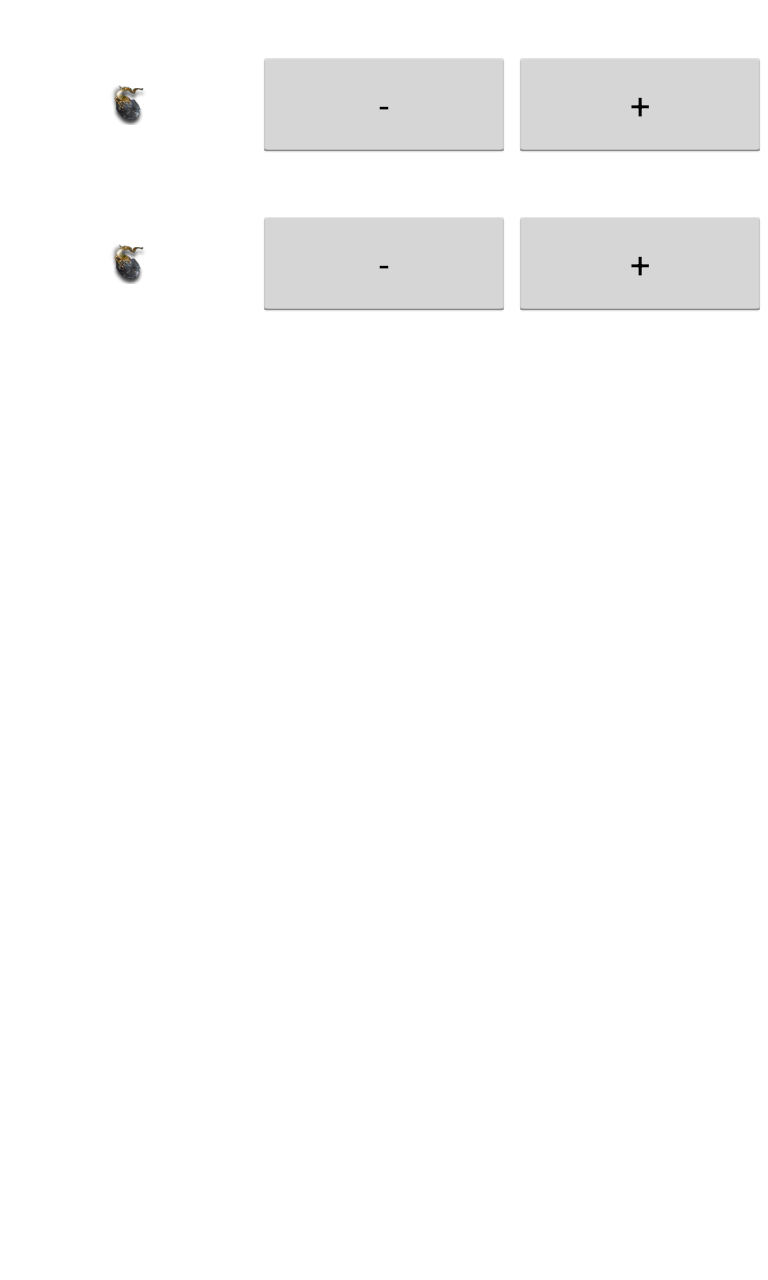
Repository: erictoddhagen/StartingAndriod
Layout: MyFirstApp/OrbTradeTracker/res/layout/activity_main.xml
An editor plug-in stored every save of this project. The layout is shown before and after the next save, followed by the edit.
It is drawn on a 768 x 1280 px phone screen (xhdpi) without system bars, with theme AppTheme; the app's code is not run.

Above is the layout before, as saved 2013-02-03 19:55:28.

### MyFirstApp/OrbTradeTracker/res/layout/activity_main.xml
<?xml version="1.0" encoding="utf-8"?>
<!-- Parent linear layout with vertical orientation -->
<LinearLayout
  xmlns:android="http://schemas.android.com/apk/res/android"
  android:orientation="vertical"
  android:layout_width="match_parent"
  android:layout_height="match_parent">

 <LinearLayout android:layout_width="fill_parent"
                      android:layout_height="wrap_content"
              android:orientation="horizontal"
              android:layout_marginTop="25dip">
      <ImageView
        android:id="@+id/imageView1"
        android:layout_width="fill_parent"
        android:layout_height="fill_parent"
        android:padding="15dip" android:layout_weight="1" android:gravity="center"
        android:src="@drawable/alchemy" />


    <Button
        android:id="@+id/alchButtonSub"
        android:layout_width="fill_parent"
        android:layout_height="wrap_content"
        android:padding="15dip"
        android:layout_weight="1"
        android:gravity="center"
        android:text="-" />

    <Button
        android:id="@+id/alchButtonAdd"
        android:layout_width="fill_parent"
        android:layout_height="wrap_content"
        android:padding="15dip"
        android:layout_weight="1"
        android:gravity="center"
        android:text="+" />
</LinearLayout>


  <LinearLayout android:layout_width="fill_parent"
                      android:layout_height="wrap_content"
              android:orientation="horizontal"
              android:layout_marginTop="25dip">
      <ImageView
        android:id="@+id/imageView1"
        android:layout_width="fill_parent"
        android:layout_height="fill_parent"
        android:padding="15dip" android:layout_weight="1" android:gravity="center"
        android:src="@drawable/alchemy" />


    <Button
        android:id="@+id/alchButtonSub"
        android:layout_width="fill_parent"
        android:layout_height="wrap_content"
        android:padding="15dip"
        android:layout_weight="1"
        android:gravity="center"
        android:text="-" />

    <Button
        android:id="@+id/alchButtonAdd"
        android:layout_width="fill_parent"
        android:layout_height="wrap_content"
        android:padding="15dip"
        android:layout_weight="1"
        android:gravity="center"
        android:text="+" />
</LinearLayout>



</LinearLayout>

Loaded but not shown: MyFirstApp/OrbTradeTracker/res/values/styles.xml (common file); MyFirstApp/OrbTradeTracker/res/values-v11/styles.xml (common file); MyFirstApp/OrbTradeTracker/res/values-v14/styles.xml (common file)

After the next save:
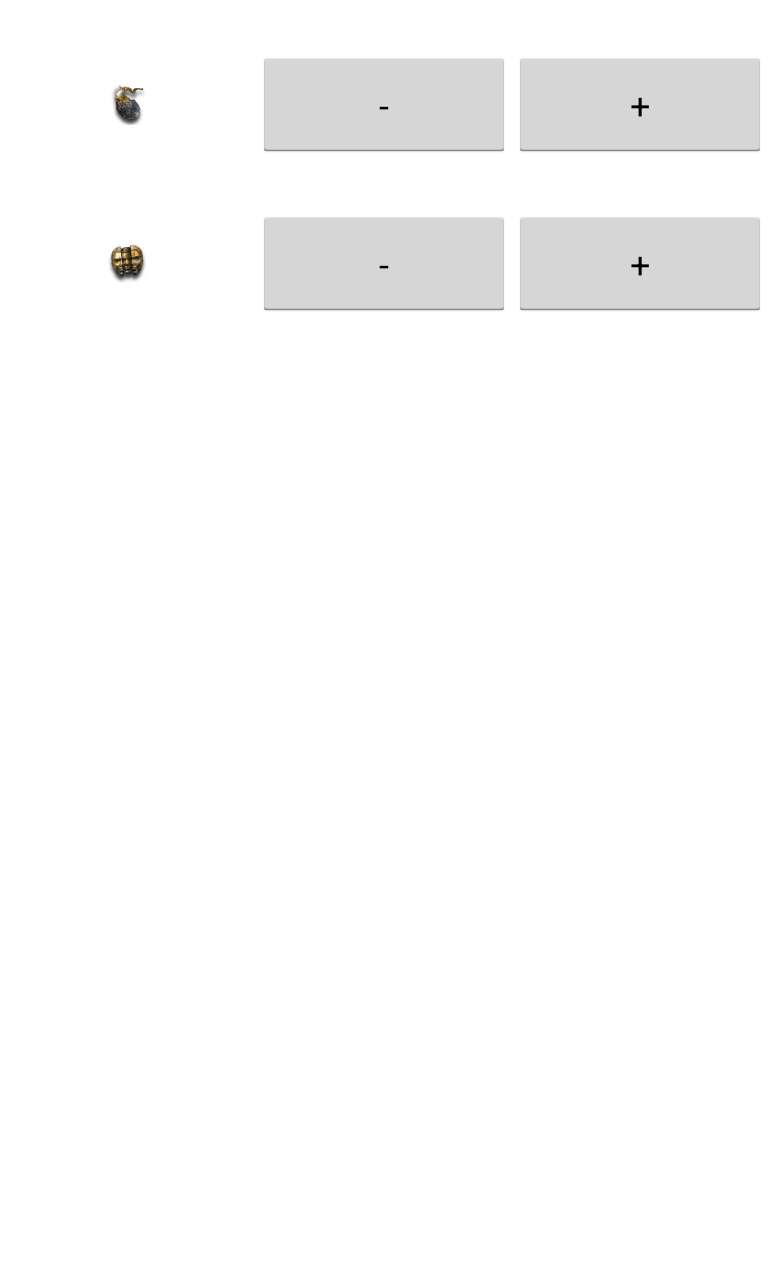
Saved 53 s later.
--- a/MyFirstApp/OrbTradeTracker/res/layout/activity_main.xml
+++ b/MyFirstApp/OrbTradeTracker/res/layout/activity_main.xml
@@ -11,7 +11,7 @@
               android:orientation="horizontal"
               android:layout_marginTop="25dip">
       <ImageView
-        android:id="@+id/imageView1"
+        android:id="@+id/imageAlch"
         android:layout_width="fill_parent"
         android:layout_height="fill_parent"
         android:padding="15dip" android:layout_weight="1" android:gravity="center"
@@ -43,15 +43,15 @@
               android:orientation="horizontal"
               android:layout_marginTop="25dip">
       <ImageView
-        android:id="@+id/imageView1"
+        android:id="@+id/imageVChaos"
         android:layout_width="fill_parent"
         android:layout_height="fill_parent"
         android:padding="15dip" android:layout_weight="1" android:gravity="center"
-        android:src="@drawable/alchemy" />
+        android:src="@drawable/chaos" />
 
 
     <Button
-        android:id="@+id/alchButtonSub"
+        android:id="@+id/chaosButtonSub"
         android:layout_width="fill_parent"
         android:layout_height="wrap_content"
         android:padding="15dip"
@@ -60,7 +60,7 @@
         android:text="-" />
 
     <Button
-        android:id="@+id/alchButtonAdd"
+        android:id="@+id/chaosButtonAdd"
         android:layout_width="fill_parent"
         android:layout_height="wrap_content"
         android:padding="15dip"
